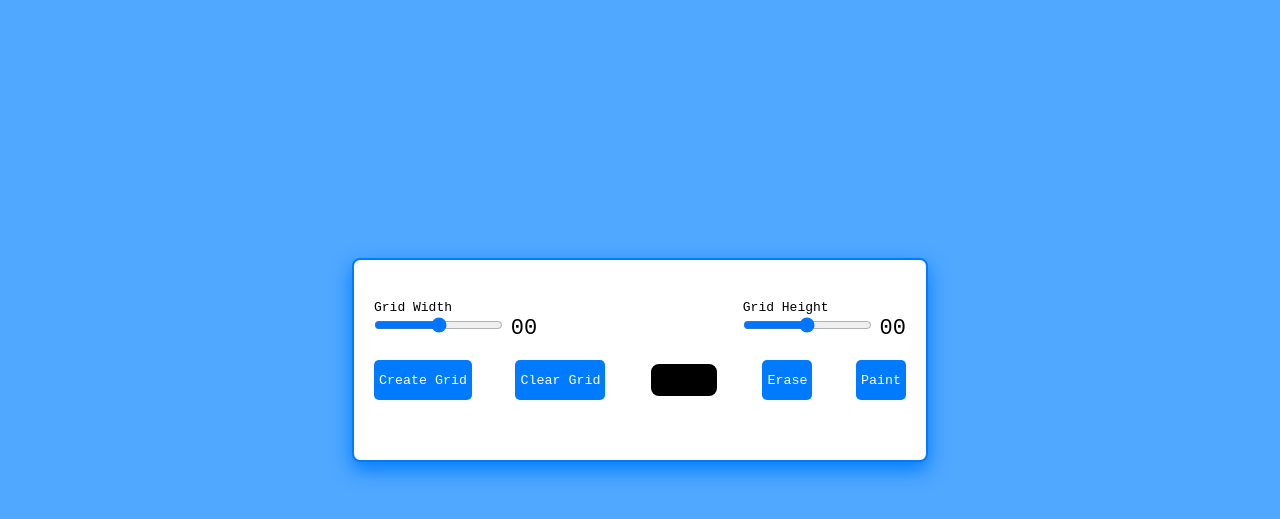
Repository: radisyah/Pixel_Art_Generator
Page: index.html
These files come from the project's save history. The page is drawn as it stood at one moment and after the next save; the edit follows.
The browser window is 1280 px wide. The pictures show the whole page.

Above is the page before, as saved 2024-11-20 13:09:31.

After the next save:
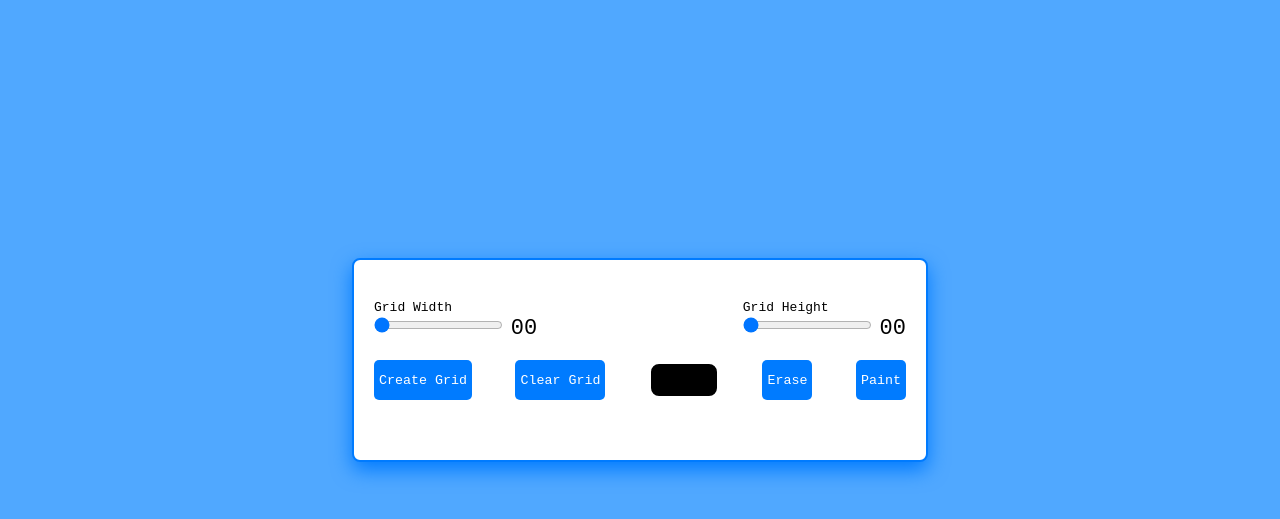
Saved 13 s later.
--- a/index.js
+++ b/index.js
@@ -94,3 +94,29 @@ function checker(elementId){
         }
     });
 }
+
+
+clearGridButton.addEventListener("click", () => {
+    container.innerHTML = "";
+});
+
+eraseBtn.addEventListener("click", () => {
+    erase = true;
+});
+
+paintBtn.addEventListener("click", () => {
+    erase = false;
+});
+
+gridWidth.addEventListener("input", () => {
+    widthValue.innerHTML = gridWidth.value < 9 ? `0${gridWidth.value}` : gridWidth.value;
+});
+
+gridHeight.addEventListener("input", () => {
+    heightValue.innerHTML = gridHeight.value < 9 ? `0${gridHeight.value}` : gridHeight.value;
+});
+
+window.onload = () => {
+    gridHeight.value = 0;
+    gridWidth.value = 0;
+};
